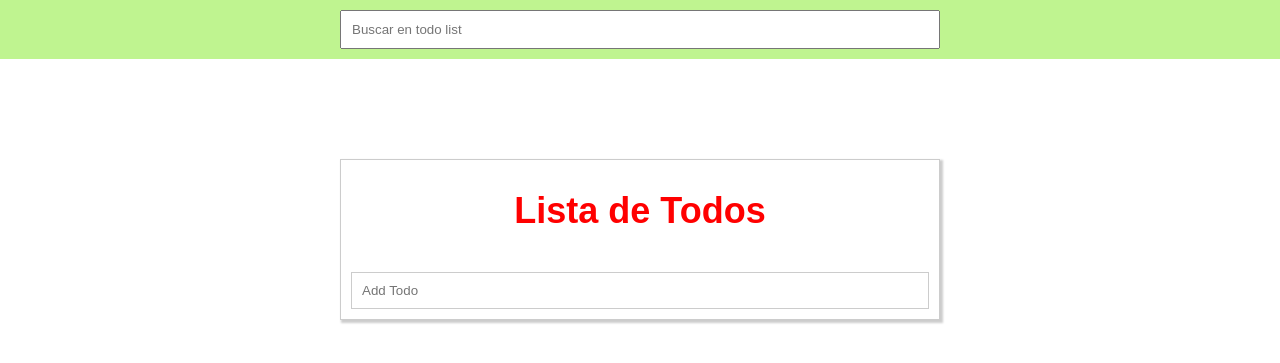
Repository: MauriVaz/Primer-app-con-Vue
Page: /
An editor plug-in stored every save of this project. The page is shown before and after the next save, followed by the edit.
The browser window is 1280 px wide. The pictures show the whole page.
The project was rebuilt for these pictures with package versions that can differ from the ones it lists, and the page was loaded fresh each time. Also part of the build but not shown: vue.config.js, src/components/TodoItem.vue.

Above is the page before, as saved 2023-02-02 22:18:40.

### public/index.html
<!DOCTYPE html>
<html lang="">
  <head>
    <meta charset="utf-8">
    <meta http-equiv="X-UA-Compatible" content="IE=edge">
    <meta name="viewport" content="width=device-width,initial-scale=1.0">
    <link rel="icon" href="<%= BASE_URL %>favicon.ico">
    <title><%= htmlWebpackPlugin.options.title %></title>
  </head>
  <body>
    <noscript>
      <strong>Por favor activa Javascript</strong>
    </noscript>
    <div id="app"></div>
    <!-- built files will be auto injected -->
  </body>
</html>

### src/App.vue
<template>
  <div>
    <div id="header">
      <Search v-on:query-change="querySearch" />
    </div>

    <div id="main-container">
      <h2>Lista de Todos</h2>
      <!-- <p>Existen {{this.todoslist.length }} </p> -->
      <TodoAdd v-on:add-todo="addTodo"/>
      <Todos v-bind:todoslist="copyTodos" v-on:delete-todo="deleteTodo" />
    </div>
  </div>
</template>

<script>
//import HelloWorld from './components/HelloWorld.vue'
import Search from './components/Search';
import Todos from './components/Todos';
import TodoAdd from './components/TodoAdd';

export default {
  name: 'App',
  components: {
    Todos, TodoAdd, Search
  },
  methods: {
    deleteTodo(id){
      this.todos = this.todos.filter(todo => todo.id != id);
      this.copyTodos = [...this.todos];
    },
    addTodo(todo){
      this.todos.push(todo);
      this.copyTodos = [...this.todos];
    },
    querySearch(query){
      if(query.trim() === ''){
        this.copyTodos = [...this.todos];
      }else{
        const temp = this.todos.filter(todo =>{
          return todo.title.includes(query)
        });

        this.copyTodos = [...temp];
      }
    }
  },
  data(){
    return {
      todos: [
      ],
      copyTodos: []
    }
  },
  created(){
    this.copyTodos = [...this.todos];
  }
}
</script>

<style>
  *{
    box-sizing: border-box;
  }

  body{
    font-family: Arial, Helvetica, sans-serif;
    font-size: 1.5em;
    padding: 0;
    margin: 0;
  }

  #main-container{
    border: solid 1px #ccc;
    width: 600px;
    margin: 100px auto;
    box-shadow: 2px 2px 2px 1px rgba(0, 0, 0, 0.2);
  }

  #header{
    background: rgb(128, 234, 35, .5);
    padding: 10px;
  }

  h2{
    padding: 0 10px;
    text-align: center;
    color:red
  }
</style>

### src/components/Search.vue
<!-- eslint-disable vue/multi-word-component-names -->
<template>
    <div id="search-container">
        <input type="text" placeholder="Buscar en todo list" v-model="query" v-on:input="$emit('query-change', query)">
    </div>
</template>

<script>
export default {
    // eslint-disable-next-line vue/multi-word-component-names
    name: 'Search',
    data(){
        return {
            query: ''
        }
    }
}
</script>

<style scoped>
    #search-container{
        width: 600px;
        margin: 0 auto;
    }

    input{
        padding: 10px;
        width: 100%;
        outline: none;
    }
</style>

### src/components/Todos.vue
<template>
    <div>
        <div v-bind:key="todo.id" v-for="todo in todoslist">
            <TodoItem v-bind:todo="todo" v-on:delete-todo="$emit('delete-todo', todo.id)" />
        </div>
    </div>
</template>

<script>
import TodoItem from './TodoItem';

    export default {
        // eslint-disable-next-line vue/multi-word-component-names
        name: 'Todos',
        props: ['todoslist'],
        components:{TodoItem}
    }
</script>

<style>
</style>

### src/components/TodoAdd.vue
<template>
    <div id="add-container">
        <form @submit="addTodo">
            <input type="text" placeholder="Add Todo" v-model="title">
        </form>
    </div>
</template>

<script>
import { uuid } from 'vue-uuid';

export default {
    name: 'TodoAdd',
    data(){
        return {
            title: ''
        }
    },
    methods:{
        addTodo(e){
            e.preventDefault();

            const newTodo = {
                id: uuid.v4(),
                title: this.title.charAt(0).toLocaleUpperCase()
                + this.title.toLocaleLowerCase().substring(1, this.title.length),
                completed: false
            };

            this.title = '';
            this.$emit('add-todo', newTodo);
        }
    }
}
</script>

<style scoped>
    #add-container{
        padding: 10px;
    }
    input{
        padding: 10px;
        outline: none;
        border: solid 1px #ccc;
        width: 100%;
    }
</style>

Loaded but not shown: src/main.js (common file)

After the next save:
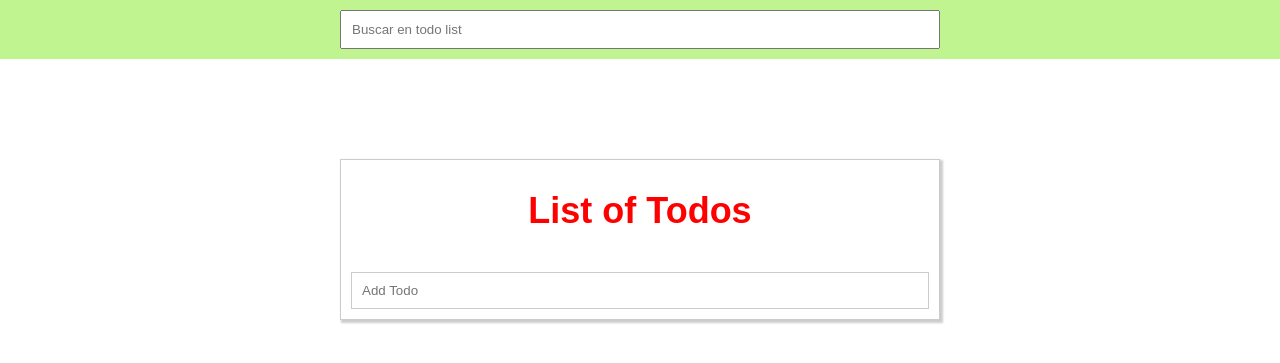
Saved 64 s later.
--- a/src/App.vue
+++ b/src/App.vue
@@ -5,7 +5,7 @@
     </div>
 
     <div id="main-container">
-      <h2>Lista de Todos</h2>
+      <h2>List of Todos</h2>
       <!-- <p>Existen {{this.todoslist.length }} </p> -->
       <TodoAdd v-on:add-todo="addTodo"/>
       <Todos v-bind:todoslist="copyTodos" v-on:delete-todo="deleteTodo" />
